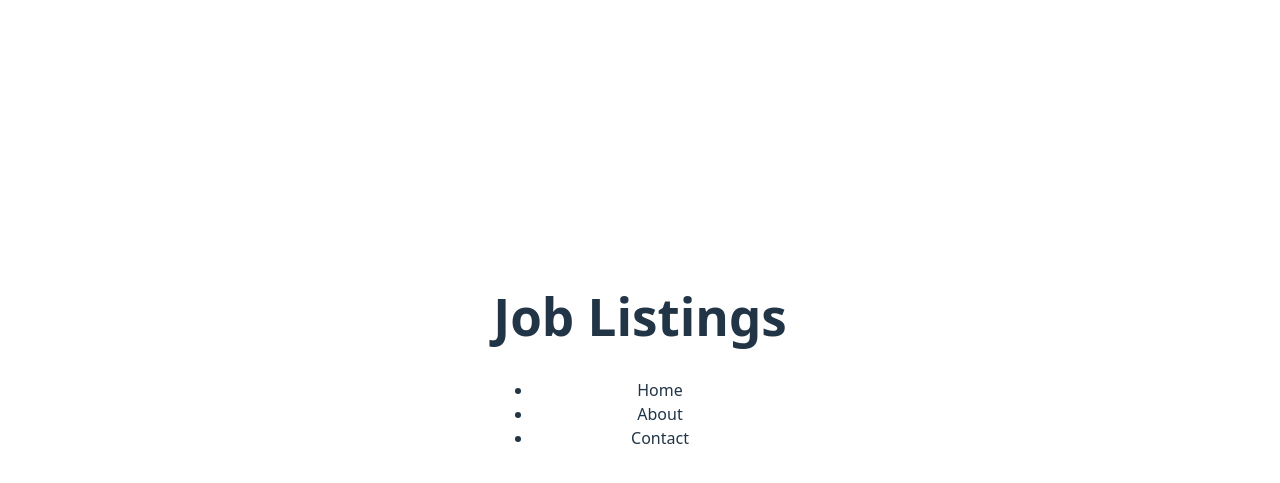
Repository: ryantido/PathFinder
Page: / (app in PathFinder/)
The author's editor kept a copy of each file at every save. The page is drawn from the files as they stood at one save, then again after the next save.
The browser window is 1280 px wide. The pictures show the whole page.
The project was rebuilt for these pictures with package versions that can differ from the ones it lists, and the page was loaded fresh each time. Also part of the build but not shown: PathFinder/vite.config.js.

Above is the page before, as saved 2025-05-08 19:56:48.

### PathFinder/index.html
<!doctype html>
<html lang="fr">
  <head>
    <meta charset="UTF-8" />
    <link rel="icon" type="image/svg+xml" href="/vite.svg" />
    <meta name="viewport" content="width=device-width, initial-scale=1.0" />
    <title>PathFinder</title>
  </head>
  <body>
    <div id="root"></div>
    <script type="module" src="/src/main.jsx"></script>
  </body>
</html>

### PathFinder/src/App.jsx
import { Route, BrowserRouter as Router, Routes } from 'react-router-dom'
import './App.css'
import Header from '../components/Header/Header'

function App() {

  return (
    <>
     <Router>
      <Header/>
        {/* <Routes>
          <Route path='/' element={<Header/>} />

        </Routes>
        {
          cardData.map((data) => (
            <Card text={data.text} />
          ))}{
          jobs.map((item, index) => (
            <JobsCard
              index={index}
              logo={item.logo}
              title={item.title}
              name={item.name}
              location={item.location}
              contrat={item.contrat}
              salary={item.salary}
            />
          ))
        } */}
     </Router>
    </>
  )
}

export default App

### PathFinder/components/Header/Header.jsx
import React from 'react'

function Header() {
    return (
        <header className='header'>
            <div className='header container'>
                <h1 className='header title'>Job Listings</h1>
                <nav className='header nav'>
                    <ul className='header__list'>
                        <li className='header item'>Home</li>
                        <li className='header item'>About</li>
                        <li className='header item'>Contact</li>
                    </ul>
                </nav>
            </div>

        </header>
    )
}

export default Header

Loaded but not shown: PathFinder/src/main.jsx (common file); PathFinder/src/index.css (common file); PathFinder/src/App.css (common file)

After the next save:
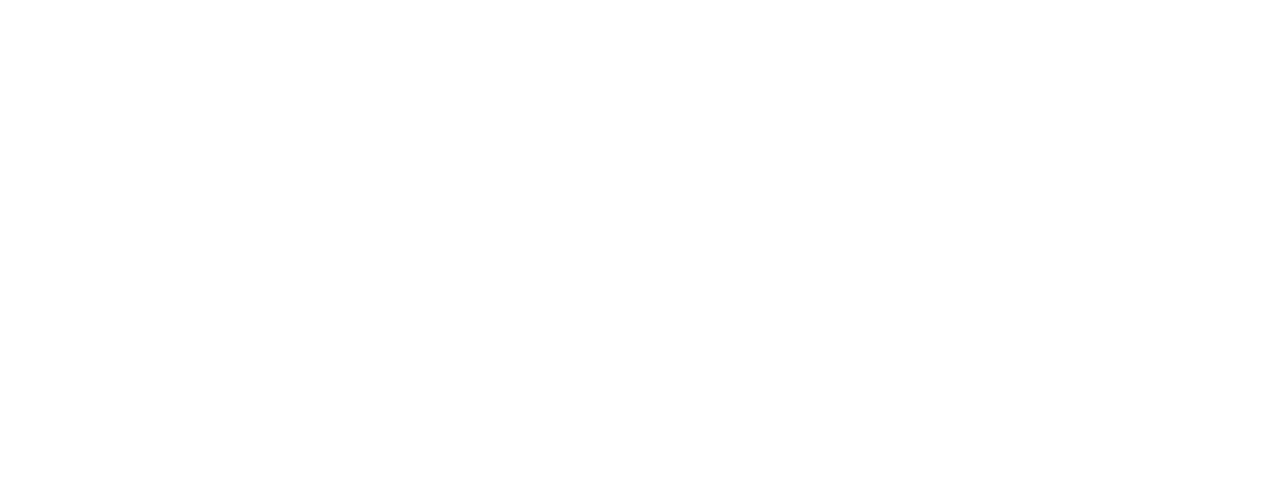
Console error: ReferenceError: cardData is not defined
Saved 11 s later.
--- a/PathFinder/src/App.jsx
+++ b/PathFinder/src/App.jsx
@@ -8,10 +8,6 @@
     <>
      <Router>
       <Header/>
-        {/* <Routes>
-          <Route path='/' element={<Header/>} />
-
-        </Routes>
         {
           cardData.map((data) => (
             <Card text={data.text} />

After the save that followed:
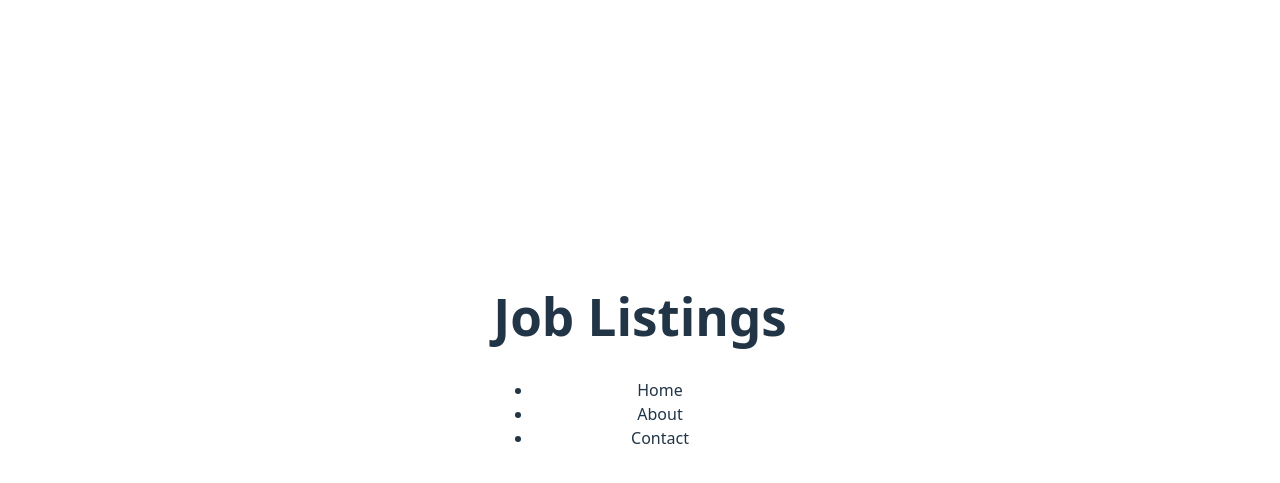
The error is gone.
Saved 7 s later.
--- a/PathFinder/src/App.jsx
+++ b/PathFinder/src/App.jsx
@@ -8,22 +8,7 @@
     <>
      <Router>
       <Header/>
-        {
-          cardData.map((data) => (
-            <Card text={data.text} />
-          ))}{
-          jobs.map((item, index) => (
-            <JobsCard
-              index={index}
-              logo={item.logo}
-              title={item.title}
-              name={item.name}
-              location={item.location}
-              contrat={item.contrat}
-              salary={item.salary}
-            />
-          ))
-        } */}
+
      </Router>
     </>
   )
